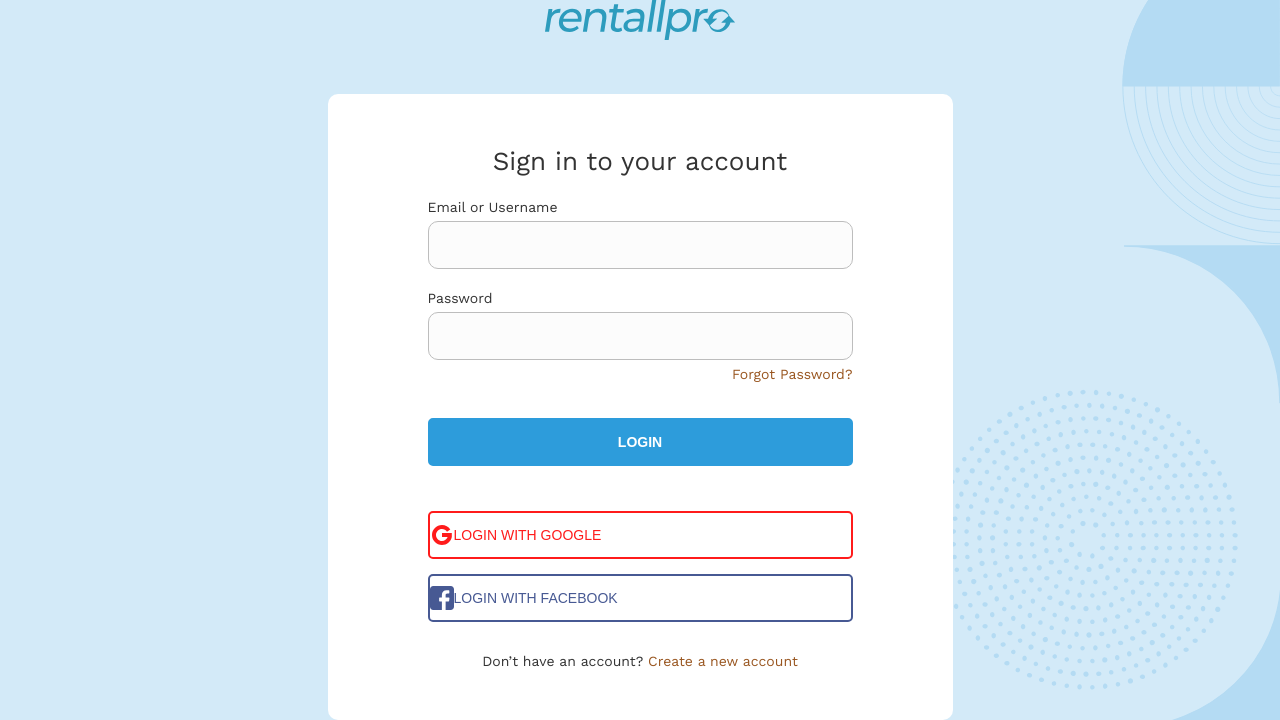
Repository: RentallPro/rentallpro-frontend
Page: /
These files come from the project's save history. The page is drawn as it stood at one moment and after the next save; the edit follows.
The browser window is 1280 px wide. The pictures show the whole page.
The project was rebuilt for these pictures with package versions that can differ from the ones it lists, and the page was loaded fresh each time.

Above is the page before, as saved 2020-12-09 23:23:37.

### public/index.html
<!DOCTYPE html>
<html lang="en">
  <head>
    <meta charset="utf-8">
    <meta http-equiv="X-UA-Compatible" content="IE=edge">
    <meta name="viewport" content="width=device-width,initial-scale=1.0">
    <link rel="icon" href="<%= BASE_URL %>favicon.ico">
    <link href="https://fonts.googleapis.com/css?family=Work+Sans&display=swap" rel="stylesheet">
    <title><%= htmlWebpackPlugin.options.title %></title>
  </head>
  <body>
    <noscript>
      <strong>We're sorry but <%= htmlWebpackPlugin.options.title %> doesn't work properly without JavaScript enabled. Please enable it to continue.</strong>
    </noscript>
    <div id="app"></div>
    <!-- built files will be auto injected -->
  </body>
</html>

### src/App.vue
<template>
  <div id="app">
    <router-view/>
  </div>
</template>

<style lang="scss">
* {
  margin: 0;
  padding: 0;
  box-sizing: border-box;
}
#app {
  font-family: 'Work Sans', sans-serif;
}
button {
  cursor: pointer;
}
</style>

### src/router/index.js
import Vue from 'vue'
import VueRouter from 'vue-router'
import Home from '../views/Auth/Home.vue'

Vue.use(VueRouter)

const routes = [
  {
    path: '/',
    name: 'Home',
    component: Home
  },
  {
    path: '/signup',
    name: 'SignUp',
    // route level code-splitting
    // this generates a separate chunk (about.[hash].js) for this route
    // which is lazy-loaded when the route is visited.
    component: () => import(/* webpackChunkName: "about" */ '../views/Auth/SignUp.vue')
  }
]

const router = new VueRouter({
  mode: 'history',
  base: process.env.BASE_URL,
  routes
})

export default router

### src/views/Auth/Home.vue
<template>
  <div class="auth signin">
    <div class="form-container">
      <div class="logo"><img src="@/assets/logo.svg" alt="logo"></div>
      <div class="form-wrapper">
        <h3 class="form-title">Sign in to your account</h3>
        <div class="input">
          <label for="Email">Email or Username</label>
          <input type="text">
        </div>
        <div class="input">
          <label for="password">Password</label>
          <input type="password">
          <p>Forgot Password?</p>
        </div>
        <button class="login-button button">
          LOGIN
        </button>
        <div class="social-buttons">
          <button class="google-button button">
            <svg width="24" height="24" viewBox="0 0 24 24" fill="none" xmlns="http://www.w3.org/2000/svg">
              <path d="M6 12C6 15.3137 8.68629 18 12 18C14.6124 18 16.8349 16.3304 17.6586 14H12V10H21.8047V14H21.8C20.8734 18.5645 16.8379 22 12 22C6.47715 22 2 17.5228 2 12C2 6.47715 6.47715 2 12 2C15.445 2 18.4831 3.742 20.2815 6.39318L17.0039 8.68815C15.9296 7.06812 14.0895 6 12 6C8.68629 6 6 8.68629 6 12Z" fill="#FF1B1B"/>
            </svg>
            <span>LOGIN WITH GOOGLE</span>
          </button>
          <button class="facebook-button button">
            <svg width="24" height="24" viewBox="0 0 24 24" fill="none" xmlns="http://www.w3.org/2000/svg">
              <path d="M20.7657 0H3.23405C1.44797 0 0 1.44791 0 3.23405V20.7658C0 22.552 1.44791 23.9999 3.23405 23.9999H11.8806L11.8953 15.4236H9.66721C9.37765 15.4236 9.14264 15.1895 9.14152 14.8999L9.13084 12.1354C9.12972 11.8443 9.36544 11.6077 9.65659 11.6077H11.8806V8.93651C11.8806 5.83661 13.7739 4.14869 16.5392 4.14869H18.8083C19.0986 4.14869 19.3341 4.38406 19.3341 4.67444V7.00547C19.3341 7.29573 19.0988 7.53104 18.8086 7.53122L17.4161 7.53187C15.9122 7.53187 15.621 8.24648 15.621 9.29522V11.6078H18.9255C19.2404 11.6078 19.4847 11.8827 19.4476 12.1954L19.1199 14.9599C19.0885 15.2244 18.8642 15.4237 18.5978 15.4237H15.6357L15.621 24H20.7658C22.5519 24 23.9998 22.5521 23.9998 20.766V3.23405C23.9998 1.44791 22.5519 0 20.7657 0Z" fill="#475993"/>
            </svg>
            <span>LOGIN WITH FACEBOOK</span>
          </button>
        </div>
        <p class="option">Don’t have an account? <span><router-link :to="{name: 'SignUp'}">Create a new account</router-link></span></p>
      </div>
    </div>
  </div>
</template>

<script>
// @ is an alias to /src

export default {
  name: 'Home',
  components: {
  }
}
</script>

<style lang="scss" src="./Home.scss" scoped></style>

### src/views/Auth/Home.scss
.signin {
    height: 100vh;
}
.auth {
    background: #D3EAF8;
    background-image: url(../../assets/Patern.svg);
    background-repeat: no-repeat;
    background-position-y: top;
    background-position-x: right;
    width: 100%;
    .form-container {
        max-width: 625px;
        display: block;
        margin: auto;
        .button {
            height: 48px;
            width: 100%;
            border-radius: 5px;
            font-size: 14px;
            line-height: 18px;
        }
        .logo {
            text-align: center;
        }
        .form-wrapper {
            width: 100%;
            padding: 50px 100px;
            background: #FFFFFF;
            border-radius: 10px;
            margin-top: 50px;
            .form-title {
                font-style: normal;
                font-weight: 500;
                font-size: 26px;
                line-height: 34px;
                color: #333333;
                text-align: center;
            }
            .input {
                display: flex;
                flex-direction: column;
                margin-top: 20px;
                label {
                    font-style: normal;
                    font-weight: normal;
                    font-size: 14px;
                    line-height: 18px;
                    color: #333333;
                }
                input {
                    height: 48px;
                    background: #FCFCFC;
                    border: 1px solid #BDBDBD;
                    border-radius: 10px;
                    margin-top: 5px;
                }
                p {
                    font-weight: normal;
                    font-size: 14px;
                    line-height: 18px;
                    color: #995620;
                    text-align: right;
                    margin-top: 5px;
                }
            }
            .login-button {
                background: #2D9CDB;
                border: 2px solid #2D9CDB;
                font-style: normal;
                font-weight: bold;
                color: #FFFFFF;
                margin-top: 35px;
            }
            .social-buttons {
                margin-top: 45px;
                .google-button {
                    display: flex;
                    align-items: center;

                    color: #FF1B1B;
                    border: 2px solid #FF1B1B;
                    font-weight: 500;
                    background-color: #FFFFFF;
                }
                .facebook-button {
                    display: flex;
                    align-items: center;

                    color: #475993;
                    border: 2px solid #475993;
                    background-color: #FFFFFF;
                    font-weight: 500;
                    margin-top: 15px;
                }
            }
            .option {
                font-style: normal;
                font-weight: normal;
                font-size: 14px;
                line-height: 18px;
                color: #333333;
                text-align: center;
                margin-top: 30px;
                a {
                    color: #995620;
                    text-decoration: none;
                }
            }
        }
    }
}
@media screen and (max-width: 768px) {
    .signin {
        height: auto;
    }
    .auth {
        background-image: none;
        background-color: #FFFFFF;
        .form-container {
            padding-top: 75px;
            .logo {
                img {
                    height: 24px;
                }
            }
            .form-wrapper {
                padding: 20px;
            }
        }
    }
}

Loaded but not shown: src/main.js (common file); src/store/index.js (common file)

After the next save:
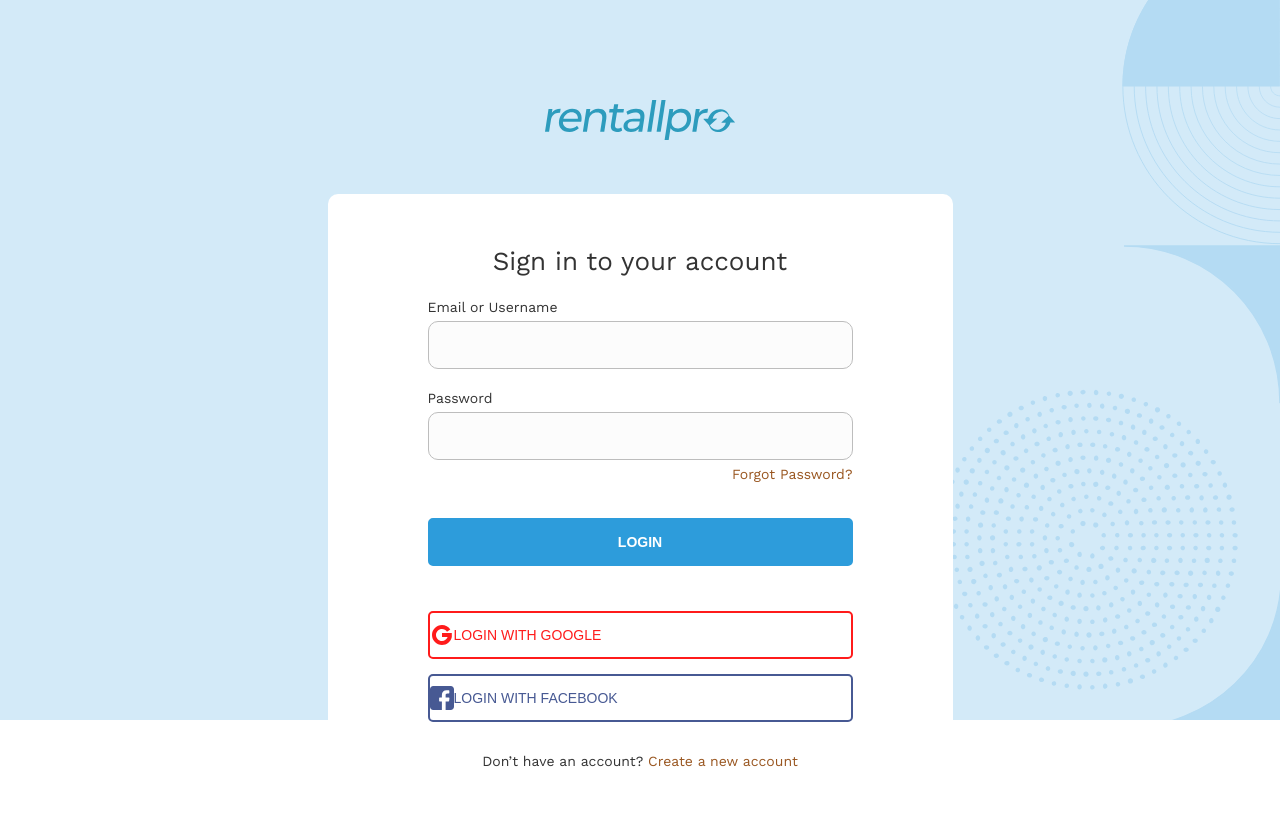
Saved 95 s later.
--- a/src/views/Auth/Home.scss
+++ b/src/views/Auth/Home.scss
@@ -8,6 +8,7 @@
     background-position-y: top;
     background-position-x: right;
     width: 100%;
+    padding: 100px 0;
     .form-container {
         max-width: 625px;
         display: block;

After the save that followed:
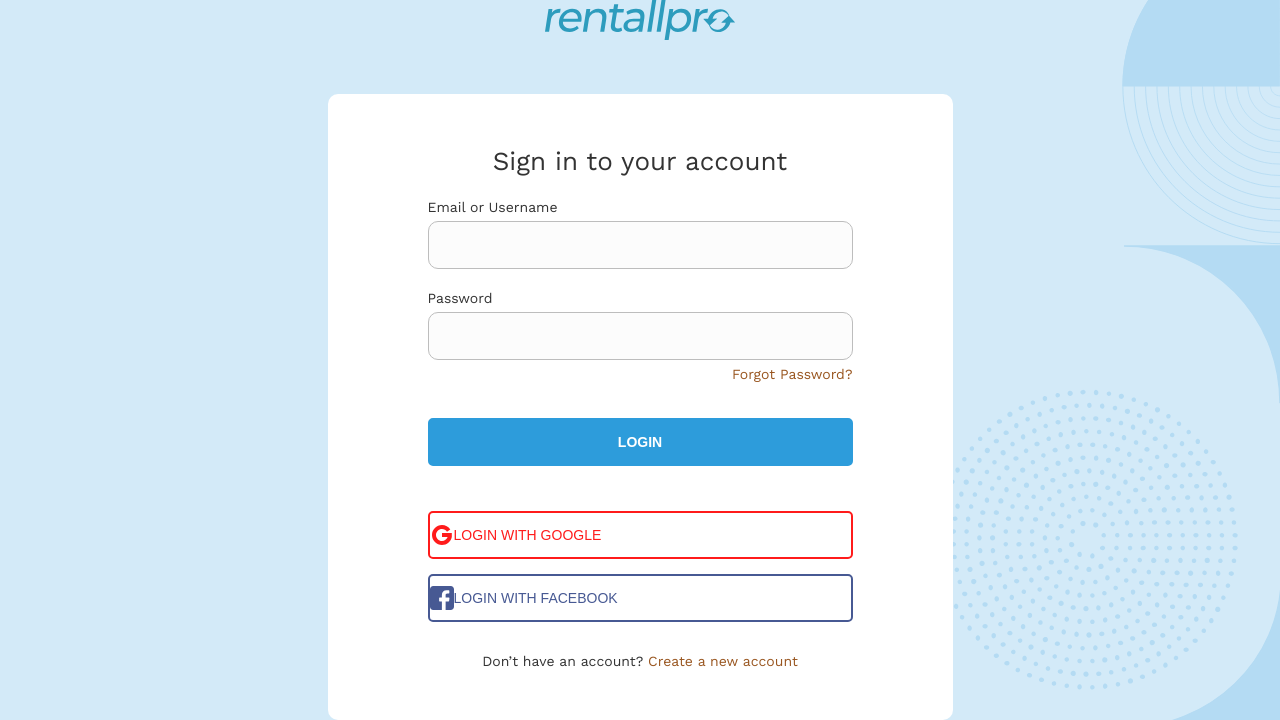
Saved 28 s later.
--- a/src/views/Auth/Home.scss
+++ b/src/views/Auth/Home.scss
@@ -1,5 +1,8 @@
 .signin {
     height: 100vh;
+}
+.signup {
+    padding: 100px 0;
 }
 .auth {
     background: #D3EAF8;
@@ -8,7 +11,6 @@
     background-position-y: top;
     background-position-x: right;
     width: 100%;
-    padding: 100px 0;
     .form-container {
         max-width: 625px;
         display: block;
